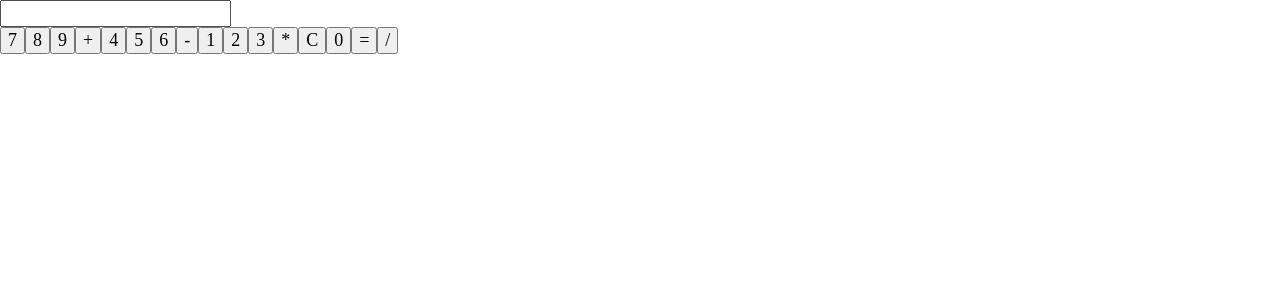
Repository: rajratangm/xcalculator
Page: /
The author's editor kept a copy of each file at every save. The page is drawn from the files as they stood at one save, then again after a run of saves.
The browser window is 1280 px wide. The pictures show the whole page.
The project was rebuilt for these pictures with package versions that can differ from the ones it lists, and the page was loaded fresh each time. Also part of the build but not shown: vite.config.js.

Above is the page before, as saved 2024-04-03 11:02:44.

### src/App.js
import logo from './logo.svg';
import './App.css';
import { useState } from 'react';

function App() {
  const [result, setResult]= useState('')
  return (
    <>
    <div className='container'>
      <form>
        <input type='text' value={result}/>
      </form>
      <div className='keypad'>
        <button>7</button>
        <button>8</button>
        <button>9</button>
        <button>+</button>

        <button>4</button>
        <button>5</button>
        <button>6</button>
        <button>-</button>

        <button>1</button>
        <button>2</button>
        <button>3</button>
        <button>*</button>

        <button>C</button>
        <button>0</button>
        <button>=</button>
        <button>/</button>

      </div>
    </div>

    </>
  );
}

export default App;

### src/App.css
*{
  font-family: 'Robot', 'sans-serif';
  font-size: 18px;

}

body{
  display: flex;

}

Loaded but not shown: public/index.html (common file); src/index.js (common file); src/index.css (common file); src/reportWebVitals.js (common file)

After the next 5 saves:
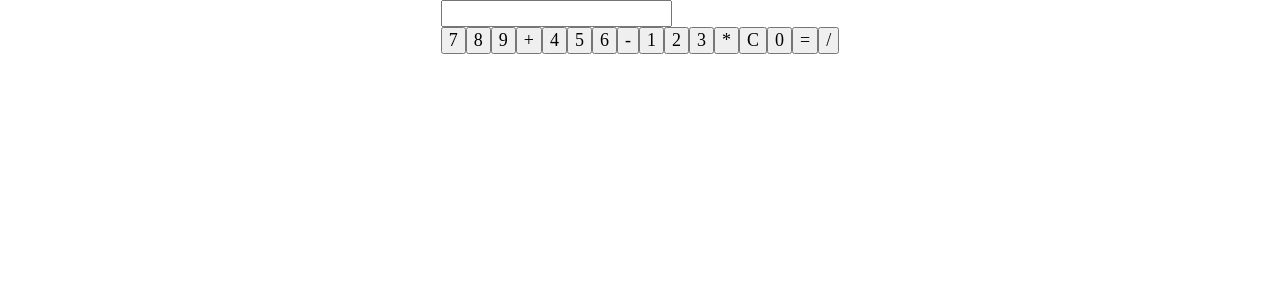
The 5 saves are shown as one change because they came seconds apart.
The last was saved 15 s later.
--- a/src/App.css
+++ b/src/App.css
@@ -6,5 +6,6 @@
 
 body{
   display: flex;
-
+  justify-content: center;
+  align
 }
